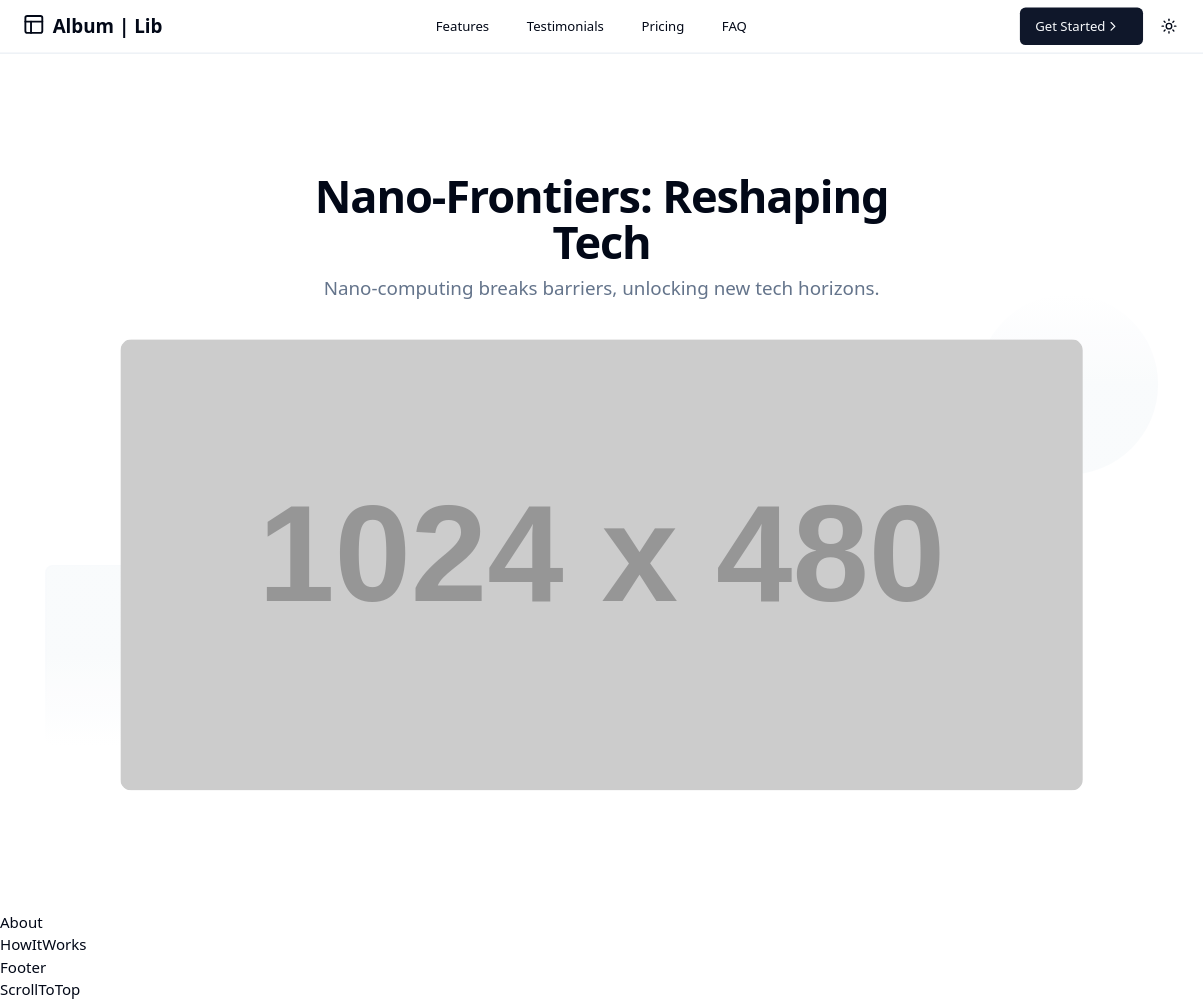
Repository: DevLaukey/savannah-informatics-test
Page: /
These files come from the project's save history. The page is drawn as it stood at one moment and after the next save; the edit follows.
The browser window is 1280 px wide. The pictures show the whole page, at 94% of full size.
The project was rebuilt for these pictures with package versions that can differ from the ones it lists, and the page was loaded fresh each time. The framework's server and built-in components were replaced by stand-ins that run in the browser. Also part of the build but not shown: next.config.mjs.

Above is the page before, as saved 2024-06-04 22:15:21.

After the next save:
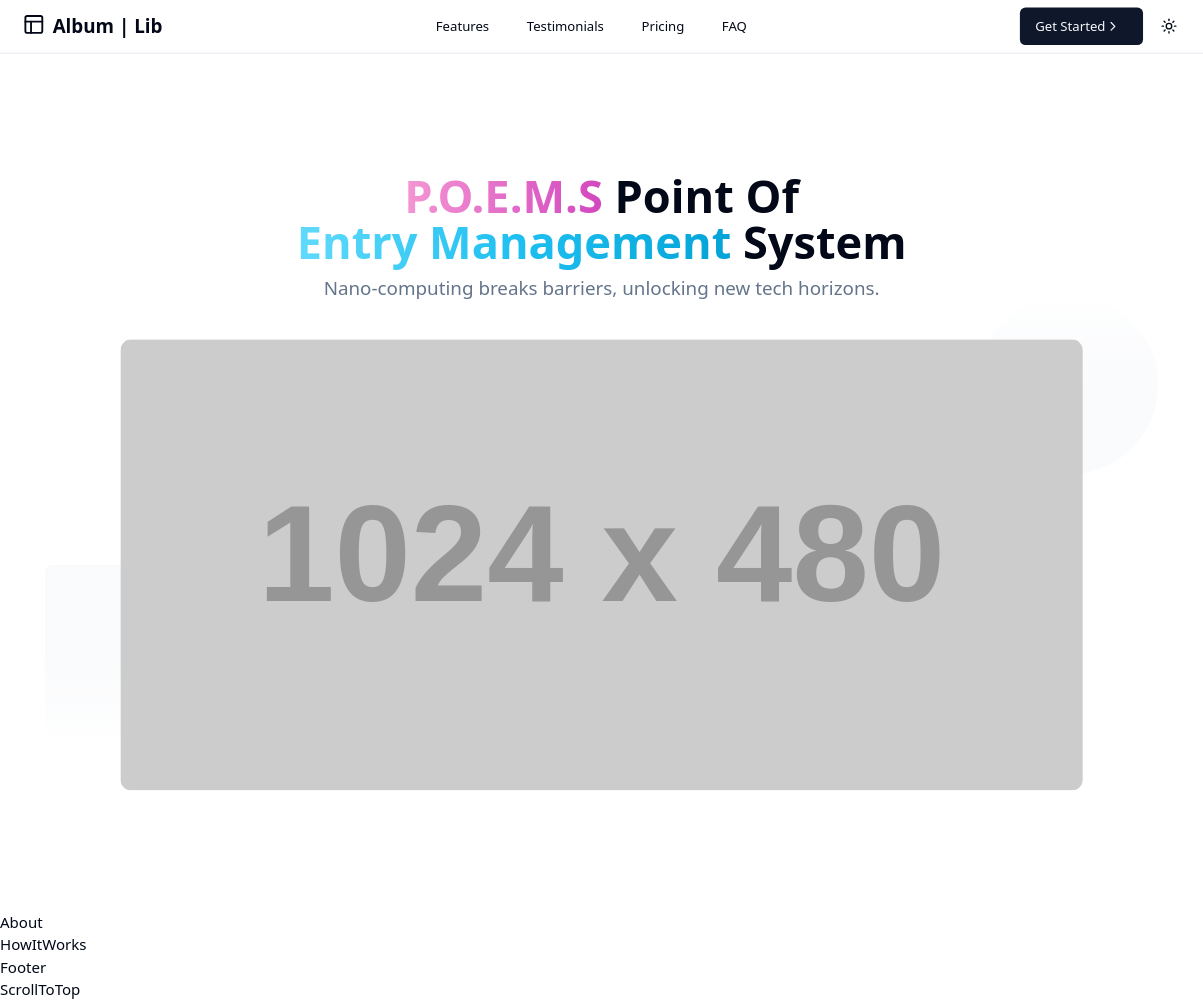
Saved 24 s later.
--- a/components/landing-page/Hero.jsx
+++ b/components/landing-page/Hero.jsx
@@ -6,9 +6,22 @@ const Hero = () => {
       <div className="relative overflow-hidden py-24 lg:py-32">
         <div className="container">
           <div className="max-w-2xl text-center mx-auto">
-            <h1 className="scroll-m-20 text-4xl font-extrabold tracking-tight lg:text-5xl">
-              Nano-Frontiers: Reshaping Tech
-            </h1>
+            <main className="text-3xl md:text-5xl font-bold">
+              <h1 className="inline-block">
+                <span className="inline bg-gradient-to-r from-[#F596D3] to-[#D247BF] text-transparent bg-clip-text">
+                  P.O.E.M.S
+                </span>{" "}
+                Point
+              </h1>{" "}
+              Of{" "}
+              <h2 className="inline-block">
+                <span className="inline bg-gradient-to-r from-[#61DAFB] via-[#1fc0f1] to-[#03a3d7] text-transparent bg-clip-text">
+                  Entry Management
+                </span>{" "}
+                System
+              </h2>
+            </main>
+
             <p className="mt-3 text-xl text-muted-foreground">
               Nano-computing breaks barriers, unlocking new tech horizons.
             </p>
